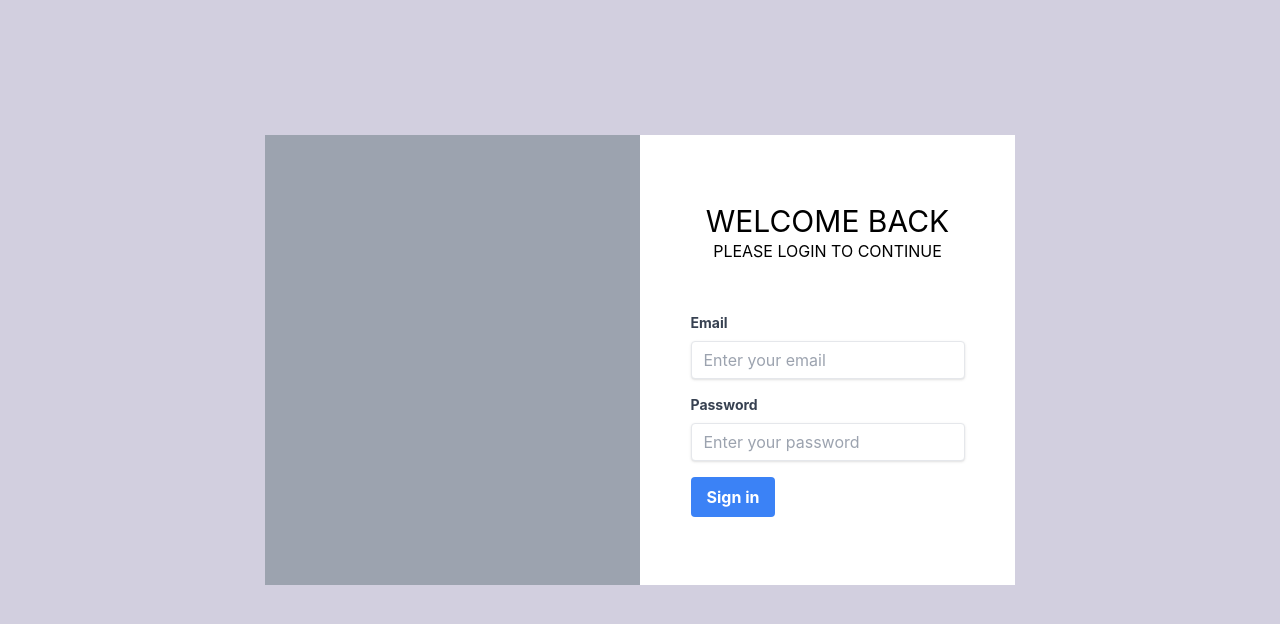
Repository: cosmicswati/upgrad-captions-project
Page: /
An editor plug-in stored every save of this project. The page is shown before and after the next save, followed by the edit.
The browser window is 1280 px wide. The pictures show the whole page.
The project was rebuilt for these pictures with package versions that can differ from the ones it lists, and the page was loaded fresh each time.

Above is the page before, as saved 2024-04-08 19:27:53.

After the next save:
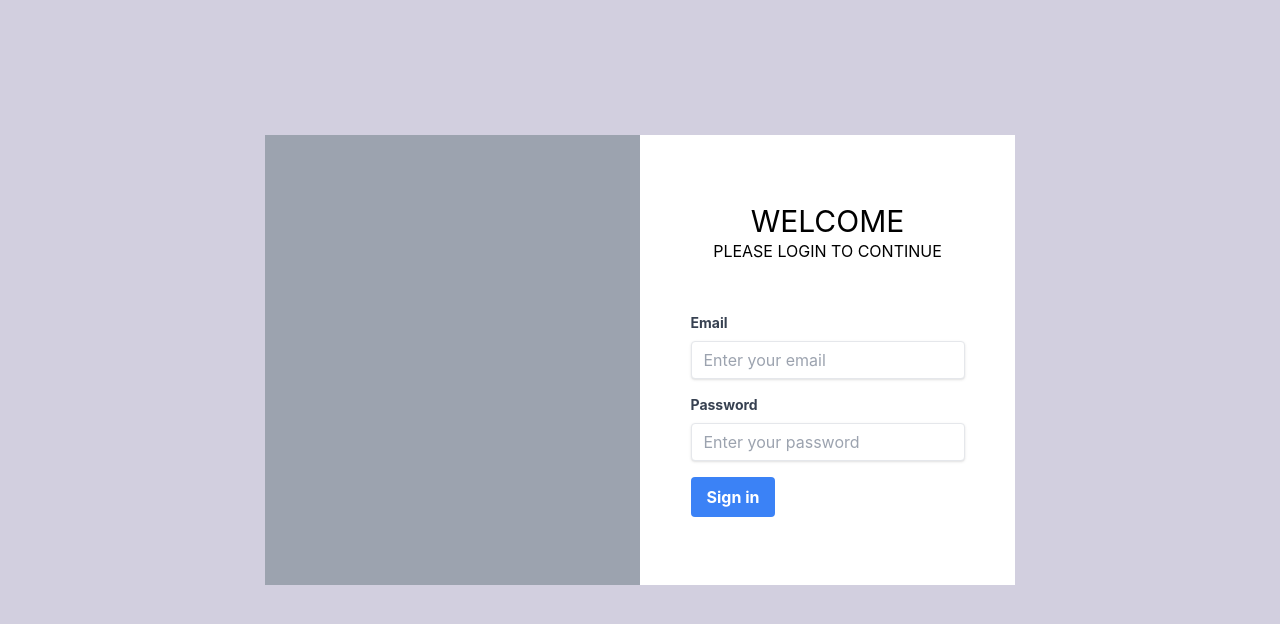
Saved 98 s later.
--- a/src/modules/Authorization/Form.jsx
+++ b/src/modules/Authorization/Form.jsx
@@ -9,7 +9,7 @@ const Form = ({
     <div className='bg-[#d2cfdf] h-screen w-full flex justify-center items-center'>
       <div className='h-[450px] w-[750px] bg-white flex justify-center items-center'>
       <div className={`h-full w-full flex flex-col justify-center items-center ${!isSignInPage && 'order-2'} `}>
-         <div className='text-3xl'>WELCOME BACK</div>
+         <div className='text-3xl'>WELCOME {isSignInPage && 'Back'}</div>
          <div className='mb-[50px]'>PLEASE LOGIN TO CONTINUE</div>
          <form>
             <Input label='Email' type='email' placeholder='Enter your email' />
